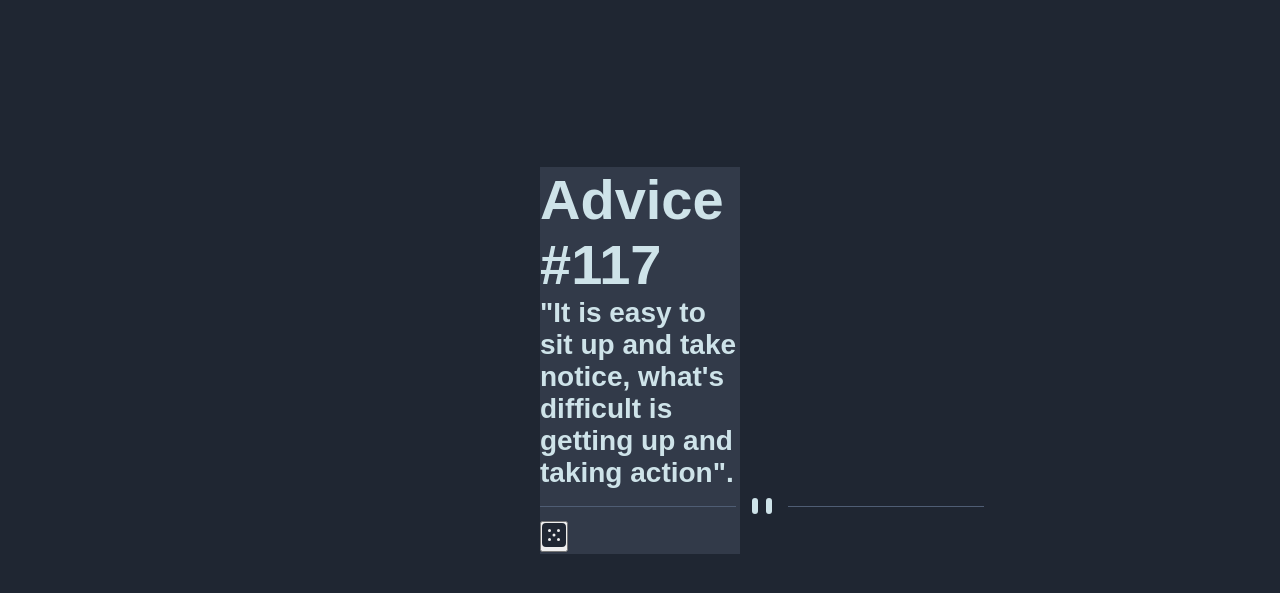
Repository: Daki-builds/advice-generator-app
Page: index.html
The author's editor kept a copy of each file at every save. The page is drawn from the files as they stood at one save, then again after the next save.
The browser window is 1280 px wide. The pictures show the whole page.

Above is the page before, as saved 2026-10-08 18:16:31.

### index.html
<!DOCTYPE html>
<html lang="en">

<head>
  <meta charset="UTF-8">
  <meta name="viewport" content="width=device-width, initial-scale=1.0">
  <link rel="icon" type="image/png" sizes="32x32" href="./images/favicon-32x32.png">
  <link rel="stylesheet" href="style.css">
  <title>Frontend Mentor | Advice generator app</title>

</head>

<body>
  <main class="container">
    <h1>Advice #<span id="advice-id">117</span></h1>
    <p id="adviceText">"It is easy to sit up and take notice, what's difficult is getting up and taking action".</p>
    <div>
      <img src="./images/pattern-divider-desktop.svg" alt="divider">
    </div>
    <button id="adviceBtn"><img src="./images/icon-dice.svg" alt="dice">
    </button>
  </main>
</body>

</html>

### style.css
* {
  margin: 0;
  padding: 0;
  box-sizing: border-box;
}

:root {
  --blue-200: hsl(193, 38%, 86%);
  --green-300: hsl(150, 100%, 66%);
  --blue-600: hsl(217, 19%, 38%);
  --blue-900: hsl(217, 19%, 24%);
  --blue-950: hsl(218, 23%, 16%);

  --font-family: "Manrope", sans-serif;
  --font-weight: 800;
  --font-size: 28px;
}

body {
  font-family: var(--font-family);
  font-weight: var(--font-weight);
  font-size: var(--font-size);
  background-color: var(--blue-950);
  color: var(--blue-200);
  display: flex;
  justify-content: center;
  align-items: center;
  min-height: 100vh;
}

.container {
  background-color: var(--blue-900);
  width: 200px;
}

After the next save:
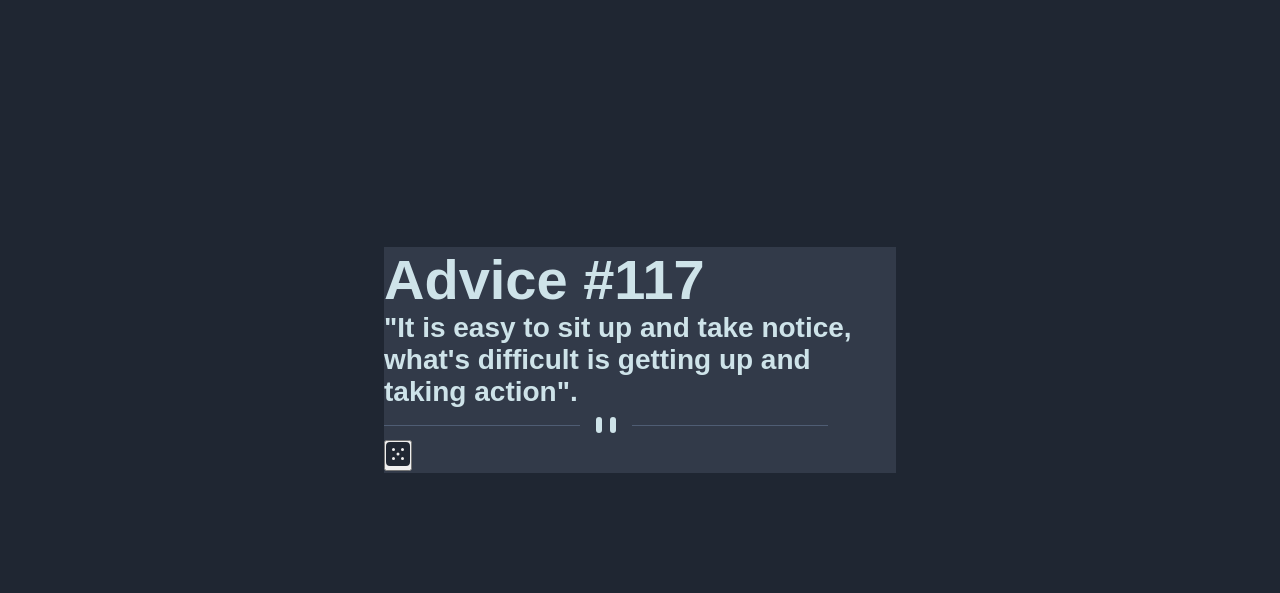
Saved 26 s later.
--- a/style.css
+++ b/style.css
@@ -30,5 +30,5 @@ body {
 
 .container {
   background-color: var(--blue-900);
-  width: 200px;
+  width: 40%;
 }
